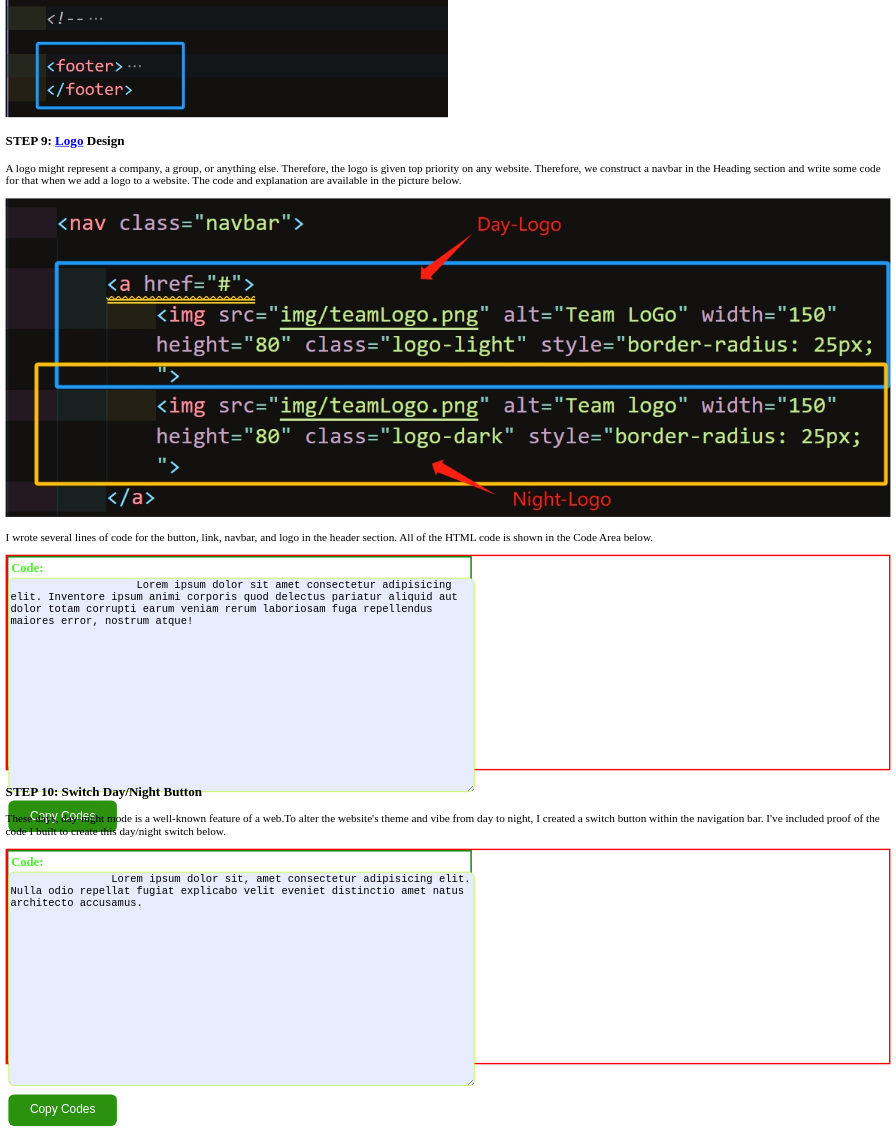
Repository: NexMaker-Fab/2023zjudem-INNOGENIUSES
Page: build web/page.html
The author's editor kept a copy of each file at every save. The page is drawn from the files as they stood at one save, then again after the next save.
The browser window is 1280 px wide. The pictures show the part of the page from y = 2899 to 4819 px (the page is 4515 px tall before and 4819 px after), at 70% of full size.

Above is the page before, as saved 2023-11-27 20:16:51.

After the next save:
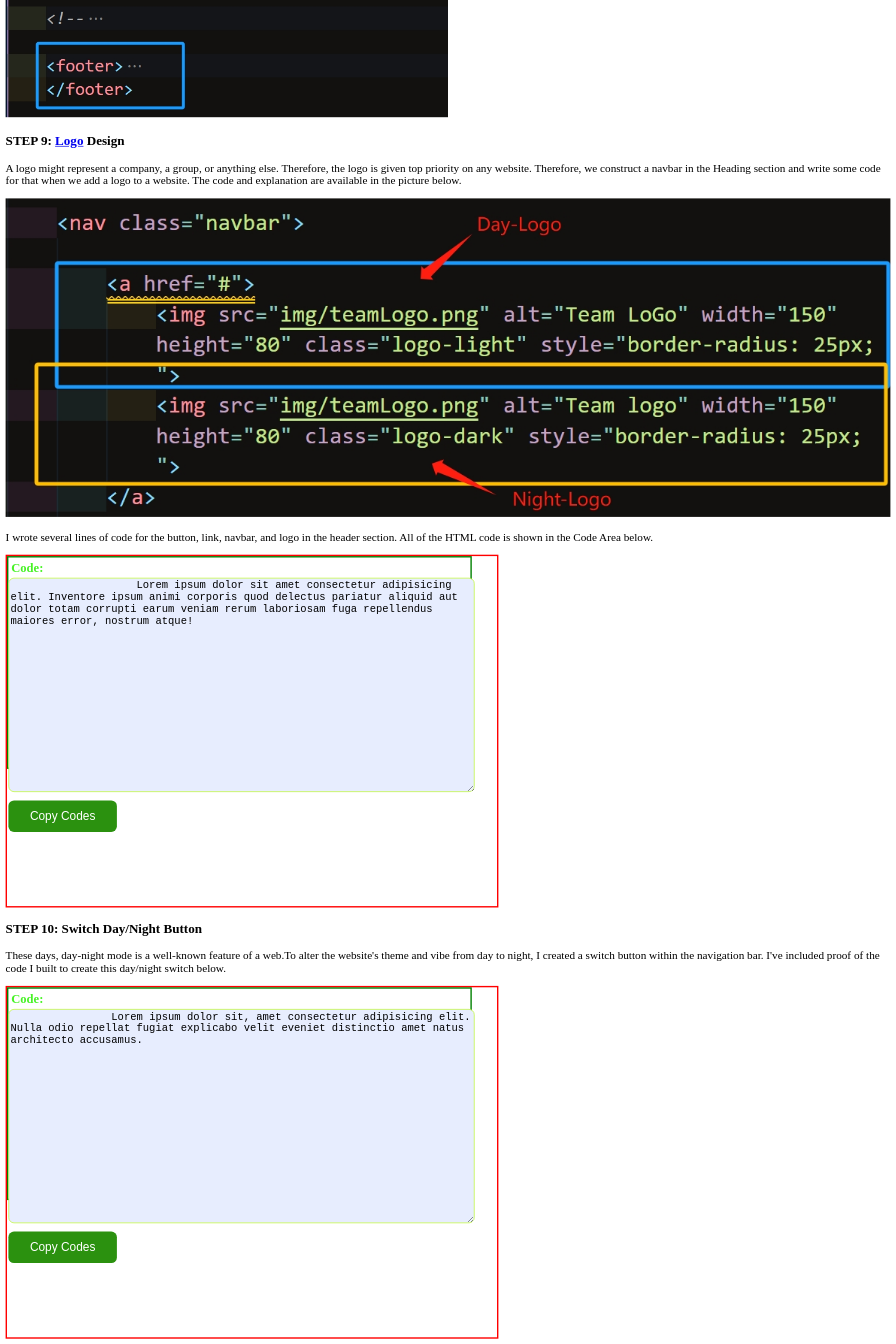
Saved 22 s later.
--- a/build web/page.css
+++ b/build web/page.css
@@ -1,6 +1,6 @@
 .code-boxes {
-    height: auto;
-    width: auto;
+    height: 500px;
+    max-width: 700px;
     border: 2px solid red;
 }
 
